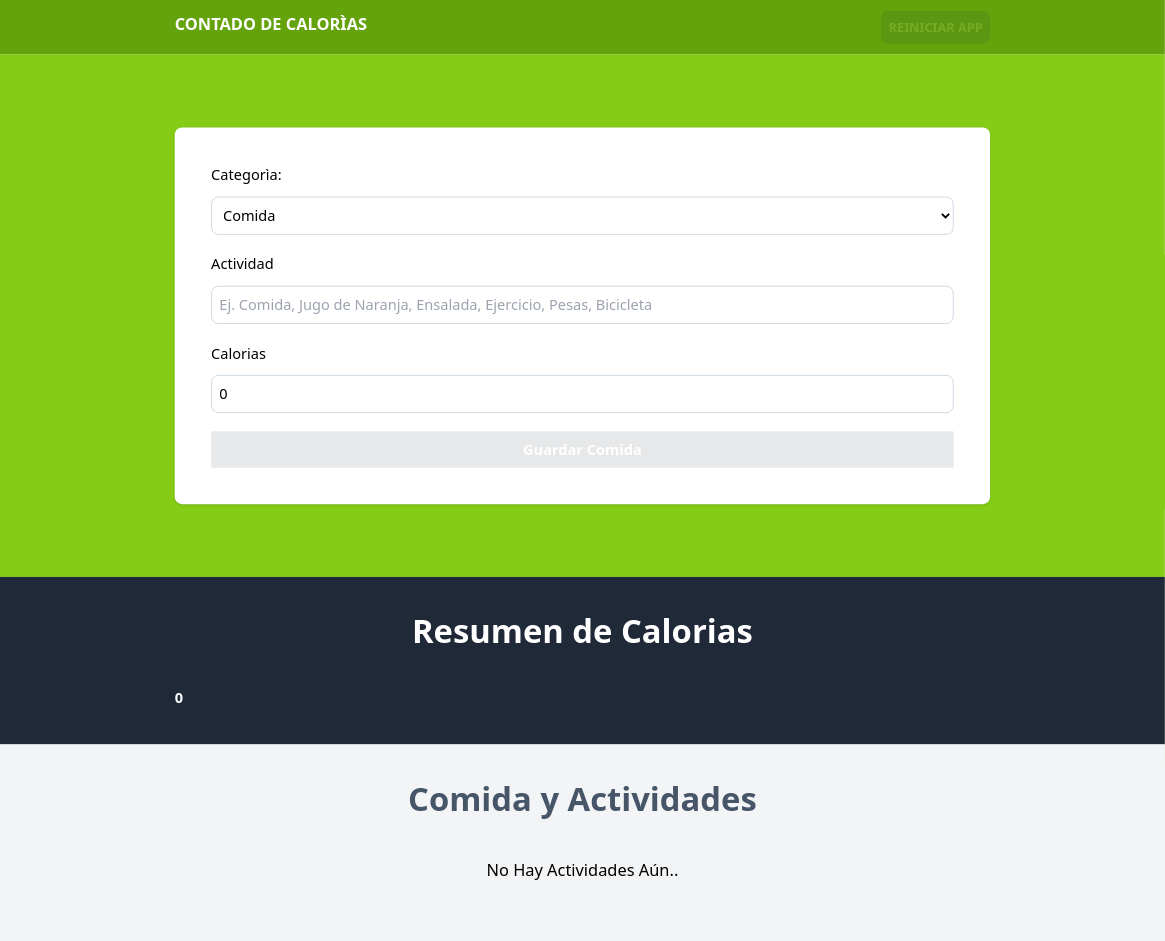
Repository: Matiiu/calorie-tracker
Page: /
These files come from the project's save history. The page is drawn as it stood at one moment and after the next save; the edit follows.
The browser window is 1280 px wide. The pictures show the whole page, at 91% of full size.
The project was rebuilt for these pictures with package versions that can differ from the ones it lists, and the page was loaded fresh each time. Also part of the build but not shown: vite.config.ts.

Above is the page before, as saved 2024-04-01 22:34:52.

### index.html
<!doctype html>
<html lang="en">
  <head>
    <meta charset="UTF-8" />
    <link rel="icon" type="image/svg+xml" href="/vite.svg" />
    <meta name="viewport" content="width=device-width, initial-scale=1.0" />
    <title>Contador de Calorías - React</title>
  </head>
  <body>
    <div id="root"></div>
    <script type="module" src="/src/main.tsx"></script>
  </body>
</html>

### src/App.tsx
import { useEffect, useReducer } from "react";

import Header from "./components/Header";
import Form from "./components/Form";
import ActivityList from "./components/ActivityList";
import CaloriesTracker from "./components/CaloriesTracker";

import { activityReducer, initialState } from "./reducers/activityReducer";
export default function App() {
  const [state, dispatch] = useReducer(activityReducer, initialState);

  useEffect(() => {
    if (state.activities.length > 0) {
      localStorage.setItem("activities", JSON.stringify(state.activities));
    }
  }, [state.activities]);

  return (
    <>
      <Header state={state} dispatch={dispatch} />

      <section className="bg-lime-500 py-20 px-5">
        <div className="max-w-4xl mx-auto">
          <Form state={state} dispatch={dispatch} />
        </div>
      </section>

      <section className="bg-gray-800 p-10">
        <div className="max-w-4xl mx-auto">
          <CaloriesTracker
            activities={state.activities}
          />
        </div>
      </section>

      <section className="py-10 bg-gray-100">
        <div className="max-w-4xl mx-auto">
          <ActivityList activities={state.activities} dispatch={dispatch} />
        </div>
      </section>
    </>
  );
}

### src/components/Header.tsx
import { useMemo, Dispatch } from "react";
import { ActivityState, ActivityActions } from "../reducers/activityReducer";

type HeaderProps = {
  state: ActivityState;
  dispatch: Dispatch<ActivityActions>;
};

export default function Header({ state, dispatch }: HeaderProps) {
  const isEmpty = useMemo(() => !state.activities.length, [state.activities]);

  const handleRestart = () => {
    const confirmCancel = window.confirm(
      "¿Está seguro de que sea eliminar todas las actividades registradas?"
    );

    if (confirmCancel) {
      dispatch({ type: "restart-app" });
      window.location.reload();
    }
  };

  return (
    <header className="bg-lime-600 py-3">
      <div className="max-w-4xl mx-auto flex justify-between">
        <h1 className="text-center text-lg font-bold text-white uppercase">
          Contado de Calorìas
        </h1>

        <button
          className="bg-gray-800 hover:bg-gray-900 p-2 font-bold uppercase text-white cursor-pointer rounded-lg text-sm disabled:opacity-10"
          disabled={isEmpty}
          onClick={handleRestart}
        >
          Reiniciar App
        </button>
      </div>
    </header>
  );
}

### src/components/Form.tsx
import { useState, ChangeEvent, FormEvent, Dispatch, useEffect } from "react";
import { v4 as uuid } from "uuid";

import { categories } from "../data/categories";
import type { Activity, Category } from "../types";
import { ActivityActions, ActivityState } from "../reducers/activityReducer";

type FormProps = {
  state: ActivityState;
  dispatch: Dispatch<ActivityActions>;
};

export default function Form({ state, dispatch }: FormProps) {
  const initialState: Activity = {
    id: uuid(),
    category: 1,
    activityName: "",
    calories: 0,
  };

  // Convertimos las calorías en un objeto donde el id en la llave y el nombre el valor
  const categoriesObject = categories.reduce(
    (accumulator: Record<Category["id"], Category["name"]>, current) => {
      accumulator[current.id] = current.name;
      return accumulator;
    },
    {}
  );

  const [activity, setActivity] = useState<Activity>({ ...initialState });

  useEffect(() => {
    if (state.activeId) {
      const selectActivities: Activity = state.activities.filter(
        stateActivity => stateActivity.id === state.activeId
      )[0];
      setActivity(selectActivities);
    }
  }, [state.activeId]);

  const handleChange = (
    e: ChangeEvent<HTMLInputElement | HTMLSelectElement>
  ) => {
    // Validamos si es un campo numérico
    const isNumberFiled = ["category", "calories"].includes(e.target.id);
    // Si lo es convertimos el dato a numérico
    setActivity({
      ...activity,
      [e.target.id]: isNumberFiled ? +e.target.value : e.target.value,
    });
  };

  const isValidateActivity = () => {
    const { activityName, calories } = activity;
    // Validamos que el campo actividad y calorías estén diligenciados
    return !!(activityName || "").trim() && calories > 0;
  };

  const nameSubmit = () => {
    // Accedemos a la posición llave de nuestro objeto categoriesObject con el valor de activity.category y retornamos el valor
    return `Guardar ${categoriesObject[activity.category]}`;
  };

  const handleSubmit = (e: FormEvent<HTMLFormElement>) => {
    e.preventDefault();
    dispatch({
      type: "save-activity",
      payload: { newActivity: activity },
    });
    // Limpiar el formulario una vez enviado
    setActivity({ ...initialState });
  };

  return (
    <form
      onSubmit={handleSubmit}
      className="space-y-5 bg-white shadow p-10 rounded-lg"
    >
      <div className="grid grid-cols-1 gap-3">
        <label htmlFor="category">Categorìa:</label>
        <select
          name="category"
          id="category"
          className="border border-slate-300 p-2 rounded-lg w-full bg-white"
          value={activity.category}
          onChange={handleChange}
        >
          {categories.map((category) => (
            <option key={category.id} value={category.id}>
              {category.name}
            </option>
          ))}
        </select>
      </div>

      <div className="grid grid-cols-1 gap-3">
        <label htmlFor="activityName">Actividad</label>
        <input
          id="activityName"
          name="activityName"
          type="text"
          className="border border-slate-300 p-2 rounded-lg"
          placeholder="Ej. Comida, Jugo de Naranja, Ensalada, Ejercicio, Pesas, Bicicleta"
          value={activity.activityName}
          onChange={handleChange}
        />
      </div>

      <div className="grid grid-cols-1 gap-3">
        <label htmlFor="calories">Calorias</label>
        <input
          id="calories"
          name="calories"
          type="number"
          className="border border-slate-300 p-2 rounded-lg"
          placeholder="Ej. 300 o 500"
          min={0}
          value={activity.calories}
          onChange={handleChange}
        />
      </div>

      <input
        type="submit"
        className="bg-gray-800 hover:bg-gray-900 w-full p-2 font-bold text-white cursor-pointer disabled:opacity-10 disabled:cursor-auto"
        value={nameSubmit()}
        disabled={!isValidateActivity()}
      />
    </form>
  );
}

### src/components/ActivityList.tsx
import { Dispatch, useMemo } from "react";

import { PencilSquareIcon, XCircleIcon } from "@heroicons/react/24/outline";

import type { Activity, Category } from "../types";
import { categories } from "../data/categories";
import { ActivityActions } from "../reducers/activityReducer";

type ActivityListprops = {
  activities: Activity[];
  dispatch: Dispatch<ActivityActions>;
};

export default function ActivityList({
  activities,
  dispatch,
}: ActivityListprops) {
  // Convertimos las calorías en un objeto donde el id en la llave y el nombre el valor
  const categoriesObject = categories.reduce(
    (accumulator: Record<Category["id"], Category["name"]>, current) => {
      accumulator[current.id] = current.name;
      return accumulator;
    },
    {}
  );

  const activitiesAreEmpty = useMemo(() => !activities.length, [activities]);

  const categoryName = (id: Category["id"]) => {
    // Accedemos a la posición llave de nuestro objeto categoriesObject con el valor de activity.category y retornamos el valor
    return categoriesObject[id];
  };

  const handleRemove = (id: Activity["id"]) => {
    const cancelConfirmation = window.confirm(
      "¿Estás seguro de que deseas eliminar la actividad?"
    );

    if (cancelConfirmation) {
      dispatch({ type: "delete-activity", payload: { id } });
    }
  };

  return (
    <>
      <h2 className="text-4xl font-bold text-slate-600 text-center">
        Comida y Actividades
      </h2>

      {activitiesAreEmpty ? (
        <p className="text-center py-6 mt-5 text-lg">
          No Hay Actividades Aún..
        </p>
      ) : (
        activities.map((activity) => (
          <div
            key={activity.id}
            className="px-5 py-10 bg-white mt-5 flex justify-between"
          >
            <div className="space-y-2 relative">
              <p
                className={`absolute -top-8 -left-8 px-10 py-2 text-white uppercase font-bold ${
                  activity.category === 1 ? "bg-lime-500" : "bg-orange-500"
                }`}
              >
                {categoryName(activity.category)}
              </p>
              <p className="text-2xl font-bold pt-5">{activity.activityName}</p>
              <p className="font-black text-4xl text-lime-500">
                {" "}
                {activity.calories}
              </p>
            </div>

            <div className="flex gap-5 items-center">
              <button
                onClick={() =>
                  dispatch({
                    type: "set-activeId",
                    payload: { id: activity.id },
                  })
                }
              >
                <PencilSquareIcon className="h-8 w-8 text-gray-800" />
              </button>

              <button onClick={() => handleRemove(activity.id)}>
                <XCircleIcon className="h-8 w-8 text-red-500" />
              </button>
            </div>
          </div>
        ))
      )}
    </>
  );
}

### src/components/CaloriesTracker.tsx
import { useMemo } from "react";
import { Activity } from "../types";

type CaloriesTrackerProps = {
  activities: Activity[];
};

export default function CaloriesTracker({ activities }: CaloriesTrackerProps) {
  // Contadores
  const caloriesCosumed = useMemo(
    () =>
      activities.reduce(
        (total, curr) => (curr.category === 1 ? total + curr.calories : total),
        0
      ),
    [activities]
  );

  const caloriesBurned = useMemo(
    () =>
      activities.reduce(
        (total, curr) => (curr.category === 2 ? total + curr.calories : total),
        0
      ),
    [activities]
  );
  console.log(caloriesCosumed);
  console.log(caloriesBurned);


  return (
    <>
      <h2 className="text-4xl font-black text-white text-center">
        Resumen de Calorias
      </h2>

      <div className="flex flex-col items-center md:flex-row md:justify-between gap-5 mt-10">
        <p className="text-white font-bold rounded-full grid grid-cols-1 gap-3 text-center">
            {caloriesCosumed}
        </p>
      </div>
    </>
  );
}

### src/reducers/activityReducer.ts
import type { Activity } from "../types";

export type ActivityActions =
  | { type: "save-activity"; payload: { newActivity: Activity } }
  | { type: "set-activeId"; payload: { id: Activity["id"] } }
  | { type: "delete-activity"; payload: { id: Activity["id"] } }
  | { type: "restart-app" };

export type ActivityState = {
  activities: Activity[];
  activeId: Activity["id"];
};

function localStorageactivities(): Activity[] {
  const activities = localStorage.getItem("activities");
  return activities ? JSON.parse(activities) : [];
}

export const initialState: ActivityState = {
  activities: localStorageactivities(),
  activeId: "",
};

export function activityReducer(
  state: ActivityState = initialState,
  action: ActivityActions
) {
  if (action.type === "save-activity") {
    let updateActivities: Activity[] = [];
    if (state.activeId) {
      updateActivities = state.activities.map((activity) =>
        activity.id === state.activeId ? action.payload.newActivity : activity
      );
    } else {
      updateActivities = [...state.activities, action.payload.newActivity];
    }
    return {
      ...state,
      activities: updateActivities,
      activeId: "",
    };
  }

  if (action.type === "set-activeId") {
    return {
      ...state,
      activeId: action.payload.id,
    };
  }

  if (action.type === "delete-activity") {
    return {
      ...state,
      activities: state.activities.filter(
        (activity) => activity.id !== action.payload.id
      ),
    };
  }

  if (action.type === "restart-app") {
    // Removemos la llave de nuestro stroage
    localStorage.removeItem("activities");
    // Limpiamos todos los valores
    return {
      activities: [],
      activeId: "",
    };
  }

  return state;
}

### src/data/categories.ts
import { Category } from "../types";

export const categories: Category[] = [
  { id: 1, name: "Comida" },
  { id: 2, name: "Ejercicio" },
];

Loaded but not shown: src/main.tsx (common file); src/index.css (common file); tailwind.config.js (common file)

After the next save:
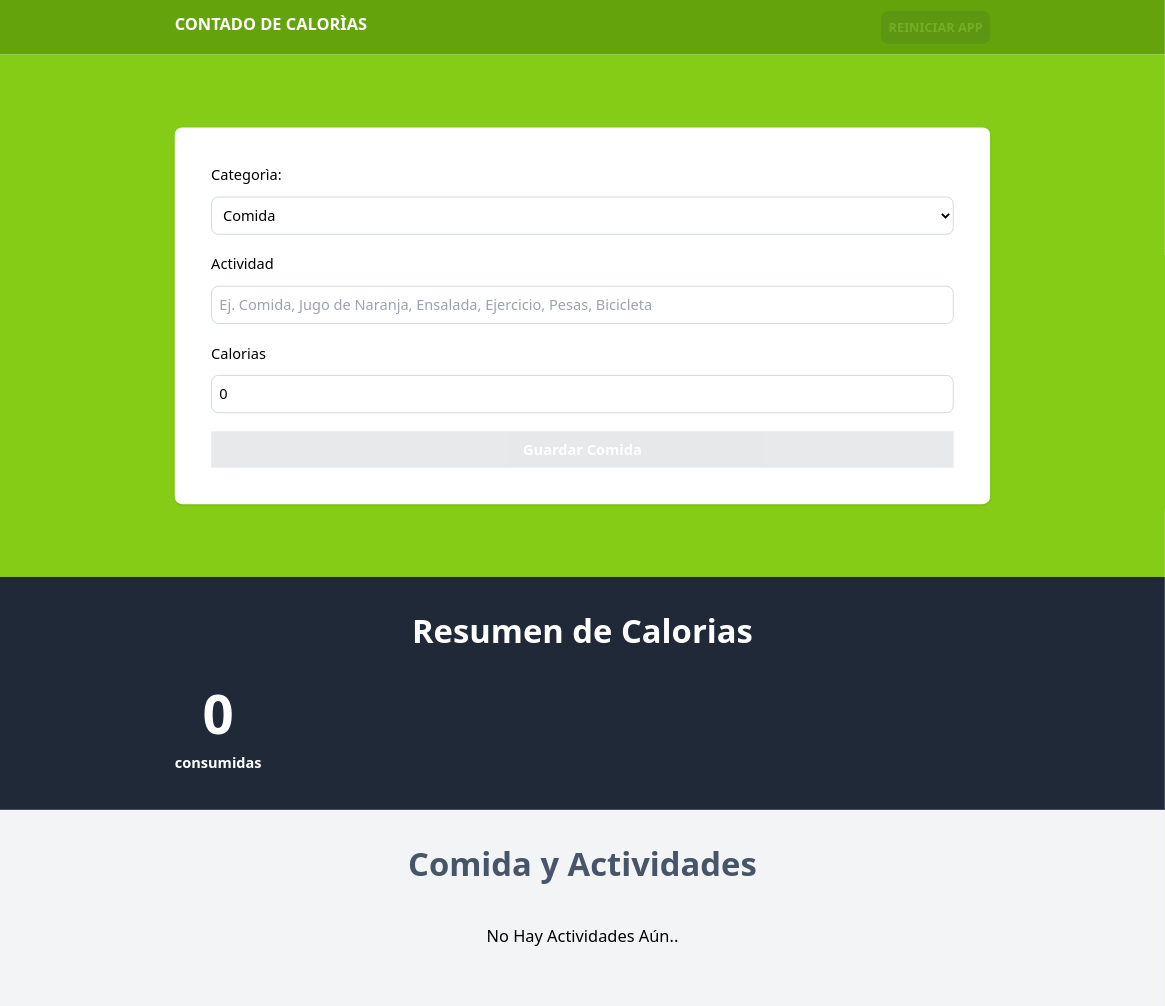
Saved 47 s later.
--- a/src/components/CaloriesTracker.tsx
+++ b/src/components/CaloriesTracker.tsx
@@ -36,7 +36,8 @@ export default function CaloriesTracker({ activities }: CaloriesTrackerProps) {
 
       <div className="flex flex-col items-center md:flex-row md:justify-between gap-5 mt-10">
         <p className="text-white font-bold rounded-full grid grid-cols-1 gap-3 text-center">
-            {caloriesCosumed}
+            <span className="font-black text-6xl text-orange">{caloriesCosumed}</span>
+            consumidas
         </p>
       </div>
     </>
